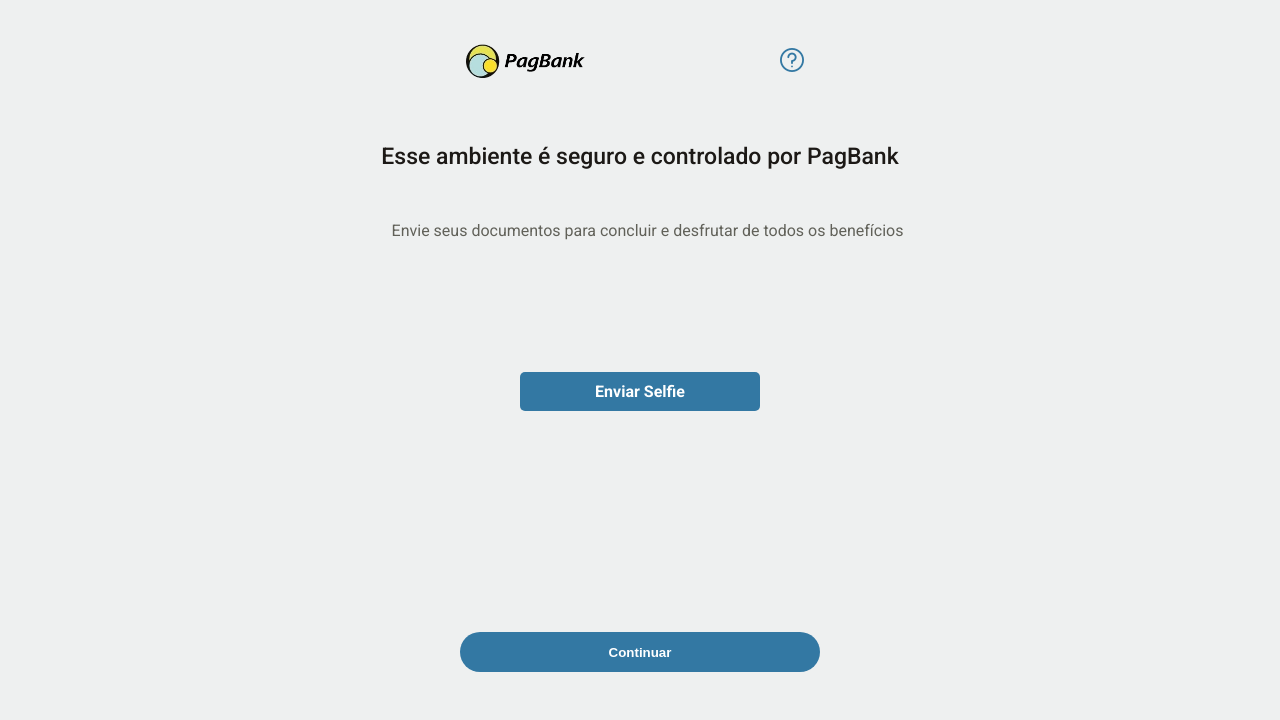
Repository: alfredo-allan/pagseguro
Page: selfie.html
The author's editor kept a copy of each file at every save. The page is drawn from the files as they stood at one save, then again after the next save.
The browser window is 1280 px wide. The pictures show the whole page.

Above is the page before, as saved 2024-07-26 20:59:05.

### selfie.html
<!DOCTYPE html>
<html lang="pt-br">
  <head>
    <meta charset="UTF-8" />
    <meta name="viewport" content="width=device-width, initial-scale=1.0" />
    <link rel="icon" href="/favicon.ico" type="image/x-icon" />
    <link rel="stylesheet" href="./style.css" />
    <link rel="preconnect" href="https://fonts.googleapis.com" />
    <link rel="preconnect" href="https://fonts.gstatic.com" crossorigin />
    <link
      href="https://fonts.googleapis.com/css2?family=Roboto:ital,wght@0,100;0,300;0,400;0,500;0,700;0,900;1,100;1,300;1,400;1,500;1,700&display=swap"
      rel="stylesheet"
    />
    <title>Selfie e Documento</title>
    <style>
      #selfie-preview,
      #doc-preview {
        width: 200px;
        height: auto;
        margin-top: 10px;
      }

      .file-input {
        display: none;
      }

      .custom-file-upload {
        display: inline-block;
        padding: 10px 20px;
        cursor: pointer;
        font-weight: 600;
        color: white;
        background-color: var(--cor--azul); /* Customize the button color */
        border-radius: 5px;
        border: none;
        text-align: center;
        margin-top: 10px;
        width: 200px;
      }

      .custom-file-upload:hover {
        background-color: var(--cor--azul); /* Darken button on hover */
      }

      button {
        width: 360px;
        height: 40px;
        font-weight: 800;
        border-radius: 20px;
        border: none;
        color: white;
        background-color: var(--cor--azul);
        margin-top: 20px;
      }
    </style>
  </head>
  <body>
    <div id="logo-top">
      <img
        style="position: absolute; width: 120px; margin: -13px -175px"
        src="./images/logopagseguro.png"
        alt=""
      />
      <img
        src="./images/sinal-de-interrogacao.png"
        alt=""
        style="position: absolute; margin-left: 140px"
      />
    </div>
    <h1
      id="main-heading"
      style="
        font-weight: 500;
        font-size: 23px;
        margin: 0px 15px;
        color: #1c1916;
      "
    >
      Esse ambiente é seguro e controlado por PagBank
    </h1>
    <p
      id="main-paragraph"
      style="margin-top: -55px; margin-left: 15px; color: #616159"
    >
      Envie seus documentos para concluir e desfrutar de todos os benefícios
    </p>

    <label for="selfie" class="custom-file-upload">Enviar Selfie</label>
    <input
      id="selfie"
      type="file"
      accept="image/*"
      capture="user"
      class="file-input"
    />
    <img id="selfie-preview" src="" />

    <!-- <label for="doc" class="custom-file-upload">Enviar Documento</label>
    <input
      id="doc"
      type="file"
      accept="image/*"
      capture="environment"
      class="file-input"
    />
    <img id="doc-preview" src="" /> -->

    <button id="btn-conf-cel">Continuar</button>

    <script>
      function hideText() {
        document.getElementById("main-heading").style.display = "none";
        document.getElementById("main-paragraph").style.display = "none";
      }

      document
        .getElementById("selfie")
        .addEventListener("change", function (e) {
          const file = e.target.files[0];
          const reader = new FileReader();

          reader.onload = function (e) {
            const preview = document.getElementById("selfie-preview");
            preview.src = e.target.result;
            hideText(); // Hide the text when the image is loaded
          };

          if (file) {
            reader.readAsDataURL(file);
          }
        });

      // document.getElementById("doc").addEventListener("change", function (e) {
      //   const file = e.target.files[0];
      //   const reader = new FileReader();

      //   reader.onload = function (e) {
      //     const preview = document.getElementById("doc-preview");
      //     preview.src = e.target.result;
      //     hideText(); // Hide the text when the image is loaded
      //   };

      //   if (file) {
      //     reader.readAsDataURL(file);
      //   }
      // });
      document
        .getElementById("btn-conf-cel")
        .addEventListener("click", function () {
          // Redireciona para a página de carregamento
          window.location.href = "carregando.html";
        });
    </script>
  </body>
</html>

### style.css
:root {
  --main-font: "Roboto", sans-serif;
  --cor--cinza: #eef0f0;
  --cor--cinza-escuro: #616159;
  --cor--preto: #1c1916;
  --cor--azul: #3378a3;
}

body {
  background-color: var(--cor--cinza);
  font-family: var(--main-font);
  display: grid;
  place-items: center; /* Centraliza vertical e horizontalmente */
}

html,
body {
  height: 100%;
  margin: 0;
}

.slideshow-container {
  position: relative;
  max-width: 100%;
  margin: auto;
}

.mySlides {
  display: none; /* Oculta os slides por padrão */
  position: relative;
  text-align: center;
  h1 {
    font-size: 24px;
    margin-top: 56px;
    font-weight: 400;
    margin-left: 12px;
    text-align: left;
    color: var(--cor--preto);
  }
  p {
    text-align: left;
    padding: 37px 13px;
    margin-top: -36px;
    color: var(--cor--cinza-escuro);
  }
}

.mySlides img {
  width: 94%; /* Ajusta a imagem para ocupar a largura do container */
}

#logo {
  img {
    position: absolute;
    margin: -220px 9px;
    width: 115px;
  }
}

#negrini #negrini2 #negrini3 {
  margin-top: 5px;
  height: 320px;
  width: 375px;
}

.indicadores {
  position: relative;
  display: flex;
  justify-content: center;
  margin-top: 20px;
  margin-top: -193px;
  margin-left: 269px;
}

.circulo {
  width: 8px;
  height: 8px;
  border-radius: 50%;
  background-color: #bdbdbd;
  margin: 0 11px;
  cursor: pointer;
}

.circulo.active {
  background-color: var(--cor--azul); /* Cor quando ativo */
}

.oblongo {
  position: absolute;
  bottom: -1px;
  left: 2px;
  width: 30px;
  height: 10px;
  background-color: var(--cor--azul);
  border-radius: 5px;
  transition: left 0.3s ease;
}

div#btn {
  text-align: center;
  display: grid;
  position: relative;
  margin-top: 195px;
  button#abrir-conta {
    margin-bottom: 10px;
    height: 40px;
    width: 360px;
    border-radius: 20px;
    background-color: var(--cor--azul);
    color: white;
    font-weight: 800;
    border-color: var(--cor--azul);
  }

  button:focus {
    outline: none; /* Remove o contorno de foco ao clicar */
  }
  button#login {
    width: 360px;
    height: 40px;
    font-weight: 800;
    border-radius: 20px;
    outline: none;
    border: none;
    color: var(--cor--azul);
  }
}

/* barra de carregando */
.lds-ring,
.lds-ring div {
  box-sizing: border-box;
}
.lds-ring {
  display: inline-block;
  position: relative;
  width: 80px;
  height: 80px;
}
.lds-ring div {
  box-sizing: border-box;
  display: block;
  position: absolute;
  width: 64px;
  height: 64px;
  margin: 8px;
  border: 4px solid #0bb914;
  border-radius: 50%;
  animation: lds-ring 1.2s cubic-bezier(0.5, 0, 0.5, 1) infinite;
  border-color: #0bb914 transparent transparent transparent;
}
.lds-ring div:nth-child(1) {
  animation-delay: -0.45s;
}
.lds-ring div:nth-child(2) {
  animation-delay: -0.3s;
}
.lds-ring div:nth-child(3) {
  animation-delay: -0.15s;
}
@keyframes lds-ring {
  0% {
    transform: rotate(0deg);
  }
  100% {
    transform: rotate(360deg);
  }
}

/* Campo de senha */

.password-container {
  display: flex;
  align-items: center;
}

.password-box {
  display: flex;
  gap: 10px;
  margin-top: -285px;
  margin-left: 15px;
}

.password-input {
  width: 33px;
  height: 55px;
  text-align: center;
  font-size: 24px;
  border: 1px solid var(--cor--preto);
  background-color: var(--cor--cinza);
  transition: border-color 0.3s;
  border-radius: 30%;
}

.password-input:focus {
  border-color: #66afe9;
  outline: none;
}

.toggle-password {
  background: none;
  border: none;
  cursor: pointer;
  margin-left: 10px;
  font-size: 24px;
  color: #333;
}

.toggle-password:focus {
  outline: none;
}

After the next save:
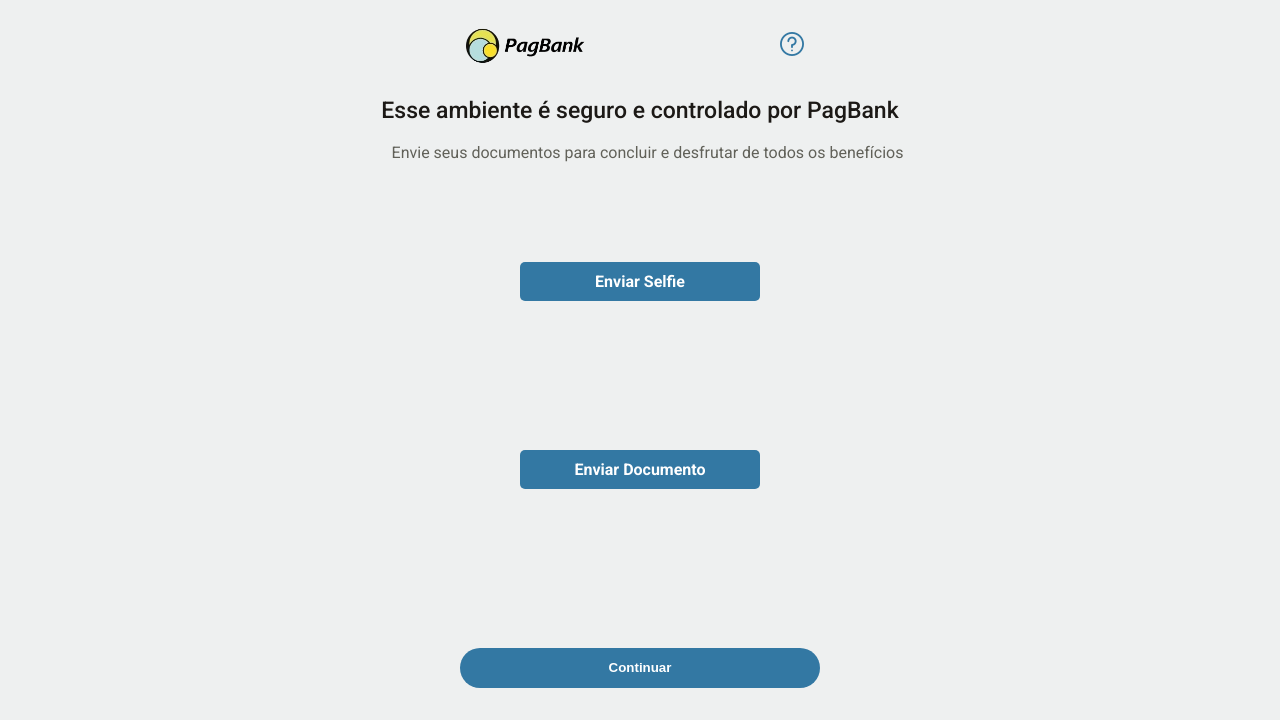
Saved 59 s later.
--- a/selfie.html
+++ b/selfie.html
@@ -95,7 +95,7 @@
     />
     <img id="selfie-preview" src="" />
 
-    <!-- <label for="doc" class="custom-file-upload">Enviar Documento</label>
+    <label for="doc" class="custom-file-upload">Enviar Documento</label>
     <input
       id="doc"
       type="file"
@@ -103,7 +103,7 @@
       capture="environment"
       class="file-input"
     />
-    <img id="doc-preview" src="" /> -->
+    <img id="doc-preview" src="" />
 
     <button id="btn-conf-cel">Continuar</button>
 
@@ -130,23 +130,26 @@
           }
         });
 
-      // document.getElementById("doc").addEventListener("change", function (e) {
-      //   const file = e.target.files[0];
-      //   const reader = new FileReader();
+      document.getElementById("doc").addEventListener("change", function (e) {
+        const file = e.target.files[0];
+        const reader = new FileReader();
 
-      //   reader.onload = function (e) {
-      //     const preview = document.getElementById("doc-preview");
-      //     preview.src = e.target.result;
-      //     hideText(); // Hide the text when the image is loaded
-      //   };
+        reader.onload = function (e) {
+          const preview = document.getElementById("doc-preview");
+          preview.src = e.target.result;
+          hideText(); // Hide the text when the image is loaded
+        };
 
-      //   if (file) {
-      //     reader.readAsDataURL(file);
-      //   }
-      // });
+        if (file) {
+          reader.readAsDataURL(file);
+        }
+      });
       document
         .getElementById("btn-conf-cel")
         .addEventListener("click", function () {
+          // Armazena a informação sobre a página de origem
+          localStorage.setItem("originPage", "selfie-doc");
+
           // Redireciona para a página de carregamento
           window.location.href = "carregando.html";
         });
